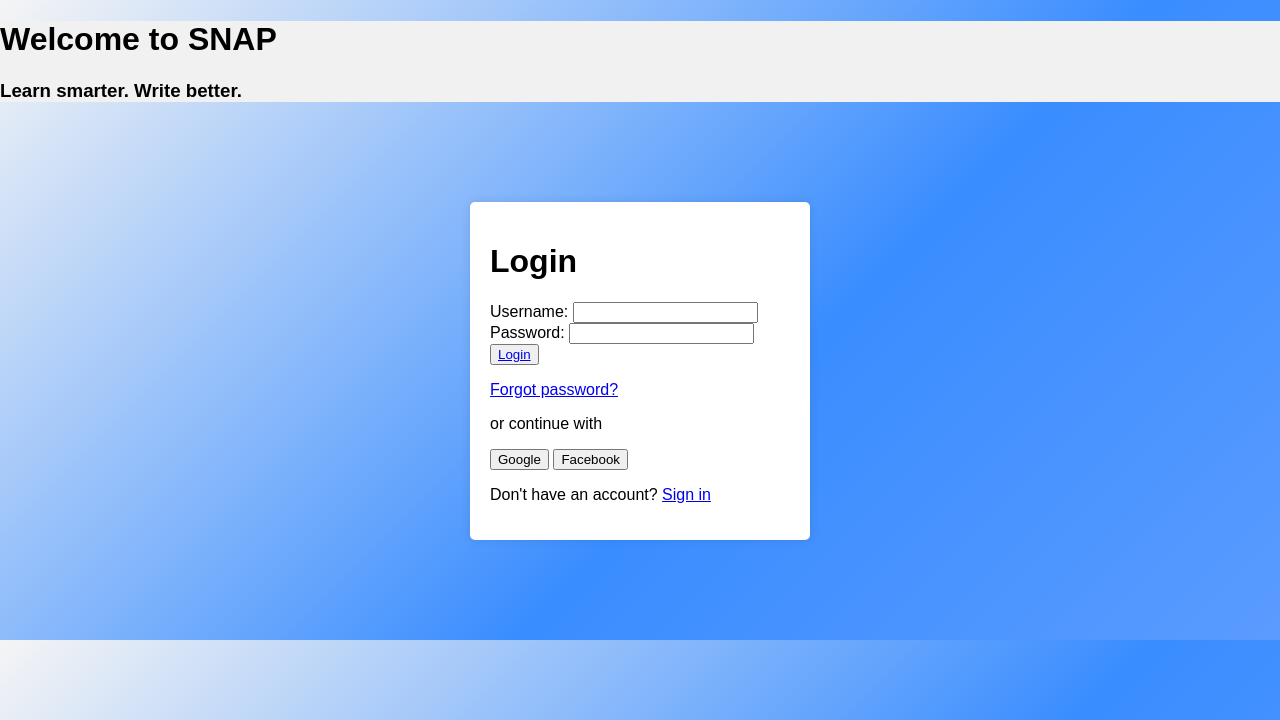
Repository: Lee-Productions-Inc/SNAP_productions
Page: pages/login.html
These files come from the project's save history. The page is drawn as it stood at one moment and after the next save; the edit follows.
The browser window is 1280 px wide. The pictures show the whole page.

Above is the page before, as saved 2026-09-16 20:00:37.

After the next save:
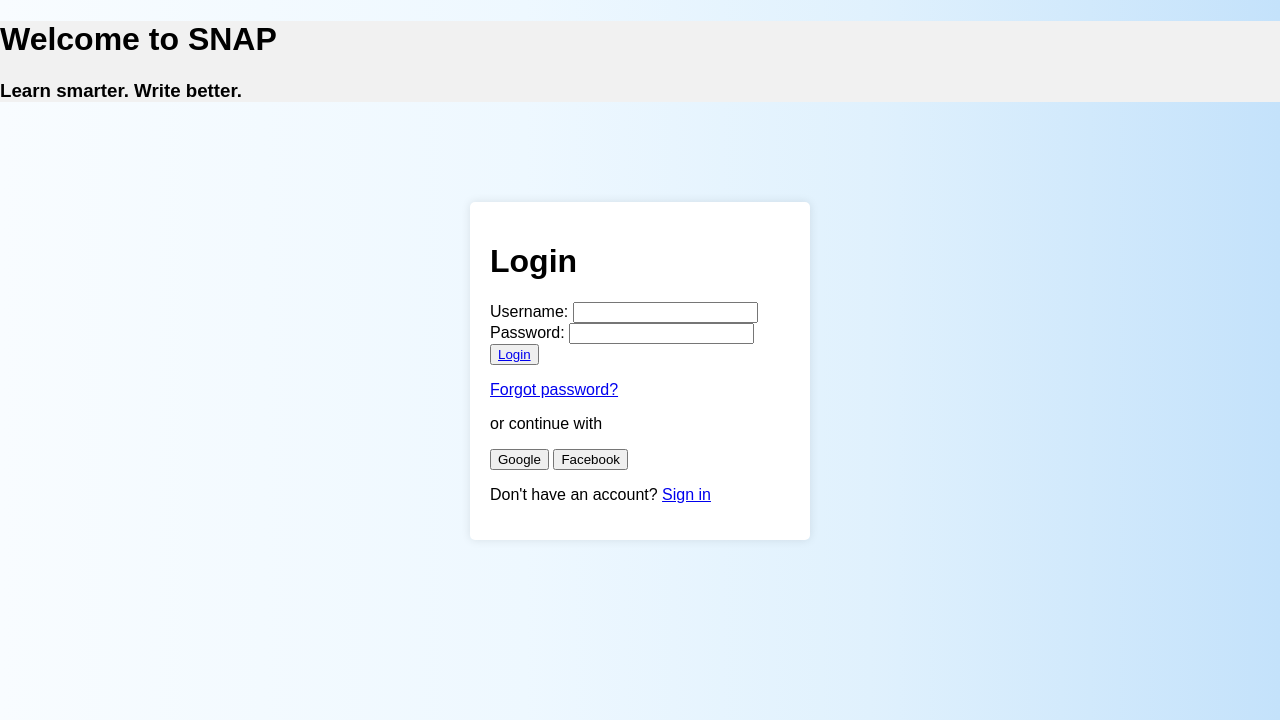
Saved 109 s later.
--- a/designs/main.css
+++ b/designs/main.css
@@ -2,7 +2,7 @@
     font-family: Arial, sans-serif;
     margin: 0;
     padding: 0;
-    background: linear-gradient(135deg, #F5F5F5 0%, #3A8DFF 60%, #5A9BFF 100%);
+    background: linear-gradient(90deg, #f8fcff 0%, #eef8ff 41%, #e0f1fd 68%, #c4e2fb 100%);
 
 }
 .header{
